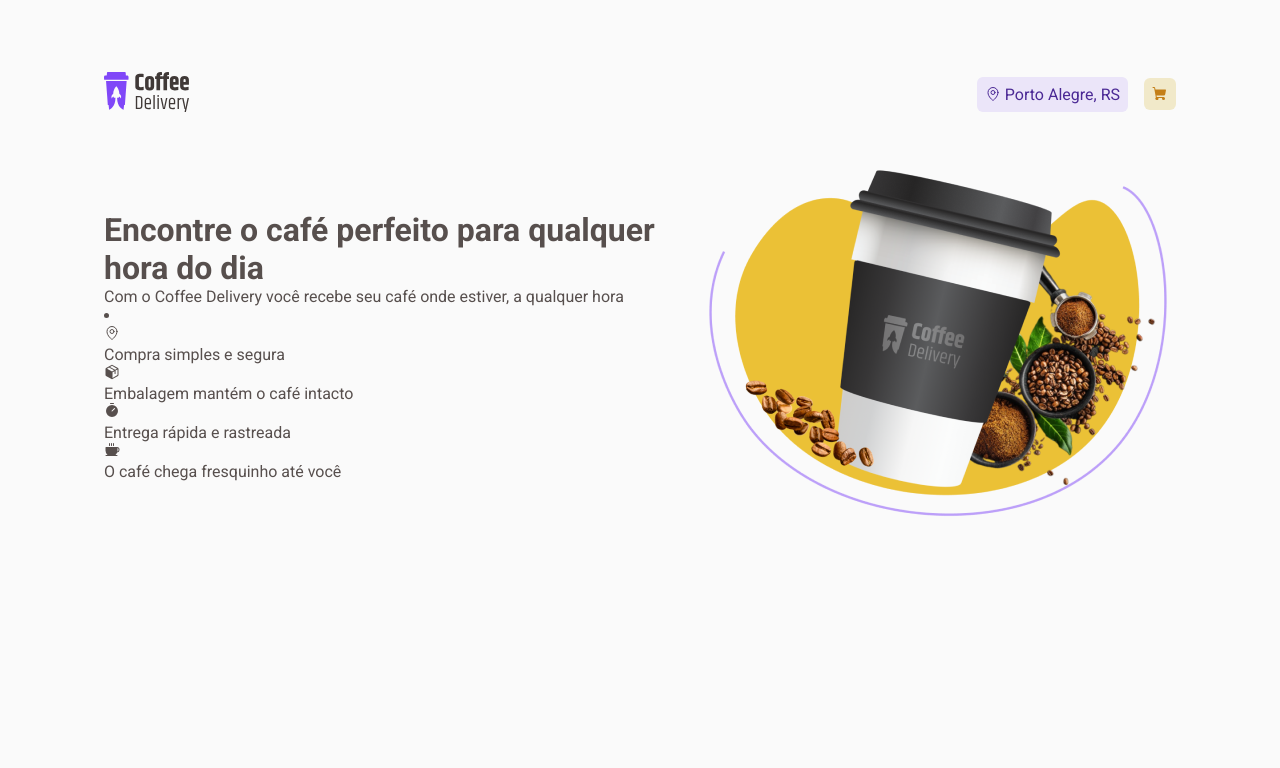
Repository: guilhermecardoso93/react-coffee-delivery
Page: /
The author's editor kept a copy of each file at every save. The page is drawn from the files as they stood at one save, then again after the next save.
The browser window is 1280 px wide. The pictures show the whole page.
The project was rebuilt for these pictures with package versions that can differ from the ones it lists, and the page was loaded fresh each time. Also part of the build but not shown: vite.config.ts.

Above is the page before, as saved 2022-07-17 16:49:37.

### index.html
<!DOCTYPE html>
<html lang="en">
  <head>
    <meta charset="UTF-8" />
    <link rel="icon" type="image/svg+xml" href="/src/assets/favicon.ico" />
    <link rel="preconnect" href="https://fonts.googleapis.com" />
    <link rel="preconnect" href="https://fonts.gstatic.com" crossorigin />
    <meta name="viewport" content="width=device-width, initial-scale=1.0" />
    <link
      href="https://fonts.googleapis.com/css2?family=Baloo+2:wght@700;800&family=Roboto:wght@400;500;700&display=swap"
      rel="stylesheet"
    />
    <title>Coffee Delivery - Rocketseat</title>
  </head>
  <body>
    <div id="root"></div>
    <script type="module" src="/src/main.tsx"></script>
  </body>
</html>

### src/App.tsx
import { ThemeProvider } from "styled-components";
import { defaultTheme } from "./styles/themes/default";
import { GlobalStyle } from "./styles/global";
import { Router } from "./Router";
import { BrowserRouter } from "react-router-dom";

export function App() {
  return (
    <ThemeProvider theme={defaultTheme}>
      <BrowserRouter>
        <Router />
        <GlobalStyle />
      </BrowserRouter>
    </ThemeProvider>
  );
}

### src/styles/themes/default.ts
export const defaultTheme = {
  white: "#FFFFFF",
  background: "#FAFAFA",
  "base-card": "#F3F2F2",
  "base-input": "#EDEDED",
  "base-button": "#E6E5E5",
  "base-hover": "#D7D5D5",
  "base-label": "#8D8686",
  "base-text": "#574F4D",
  "base-subtitle": "#403937",
  "base-title": "#272221",
  "base-error": "#f84747",
  "brand-purple-dark": "#4B2995",
  "brand-purple": "#8047F8",
  "brand-purple-light": "#EBE5F9",
  "brand-yellow-dark": "#C47F17",
  "brand-yellow": "#DBAC2C",
  "brand-yellow-light": "#F1E9C9"
};

### src/styles/global.ts
import { createGlobalStyle } from "styled-components";

export const GlobalStyle = createGlobalStyle`
   * {
    margin: 0;
    padding: 0;
    box-sizing: border-box;
   }


   body {
    background-color: ${(props) => props.theme["background"]};
    color: ${(props) => props.theme["base-text"]};
    -webkit-font-smoothing: antialiased;

   }

   body, input, text-area, button{
    font-family: 'Roboto', sans-serif;
    font-weight: 400;
    font-size: 1rem;
   }
 `;

### src/Router.tsx
import { Route, Routes } from "react-router-dom";
import { Home } from "./components/pages/components/Home";
import { DefaultLayout } from "./layouts/DefaultLayout";

export function Router() {
  return (
    <Routes>
      <Route path="/" element={<DefaultLayout />}>
        <Route path="/" element={<Home />} />
      </Route>
    </Routes>
  );
}

### src/components/pages/components/Home/index.tsx
import { Coffee, MapPin, Package, ShoppingCart, Timer } from "phosphor-react";
import CoffeHome from "../../../../assets/intro-img.png";
import { HomeContainer } from "./styles";

export function Home() {
  return (
    <HomeContainer>
      <div>
        <h1>Encontre o café perfeito para qualquer hora do dia</h1>
        <span>
          Com o Coffee Delivery você recebe seu café onde estiver, a qualquer
          hora
        </span>
        <li>
          <ul>
            <MapPin size={16} />
            <p>Compra simples e segura</p>
          </ul>
          <ul>
            <Package size={16} weight="fill" />
            <p>Embalagem mantém o café intacto</p>
          </ul>
          <ul>
            <Timer size={16} weight="fill" />
            <p>Entrega rápida e rastreada</p>
          </ul>
          <ul>
            <Coffee size={16} weight="fill" />
            <p>O café chega fresquinho até você</p>
          </ul>
        </li>
      </div>
      <div>
        <img src={CoffeHome} alt="" />
      </div>
    </HomeContainer>
  );
}

### src/components/pages/components/Home/styles.ts
import styled from "styled-components";

export const HomeContainer = styled.main`
  display: flex;
  align-items: center;
  justify-content: space-between;
  flex-direction: row;

`;

### src/components/Header/index.tsx
import { MapPin, ShoppingCart } from "phosphor-react";
import Logo from "../../assets/logo.svg";
import { HeaderContainer } from "./styles";

export function Header() {
  return (
    <HeaderContainer>
      <div>
        <img src={Logo} alt="" />
      </div>
      <div className="headerInfos">
        <div className="local">
          <MapPin size={16} />
          Porto Alegre, RS
        </div>
        <span className="headerCar">
          <ShoppingCart size={16} weight="fill" />
        </span>
      </div>
    </HeaderContainer>
  );
}

### src/layouts/DefaultLayout/styles.ts
import styled from "styled-components";

export const LayoutContainer = styled.div`
  max-width: 90vw;
  height: calc(100vh - 1rem);
  margin: 2rem auto;
  padding: 2.5rem;
  gap: 3rem;

  display: flex;
  flex-direction: column;
`;

### src/components/Header/styles.ts
import styled from "styled-components";

export const HeaderContainer = styled.header`
  display: flex;
  align-items: center;
  justify-content: space-between;

  nav {
    display: flex;
    gap: 0.5rem;
  }

  .headerInfos {
    display: flex;
    align-items: center;
    justify-content: center;
    gap: 1rem;
  }

  .local {
    display: flex;
    flex-direction: row;
    justify-content: center;
    align-items: center;
    padding: 8px;
    gap: 4px;
    border-radius: 6px;

    background-color: ${(props) => props.theme["brand-purple-light"]};
    color: ${(props) => props.theme["brand-purple-dark"]};
  }

  .headerCar {
    display: flex;
    flex-direction: row;
    justify-content: center;
    align-items: center;
    padding: 8px;
    gap: 4px;
    border-radius: 6px;

    background-color: ${(props) => props.theme["brand-yellow-light"]};
    color: ${(props) => props.theme["brand-yellow-dark"]};
  }
`;

Loaded but not shown: src/main.tsx (common file); src/layouts/DefaultLayout/index.tsx (common file)

After the next save:
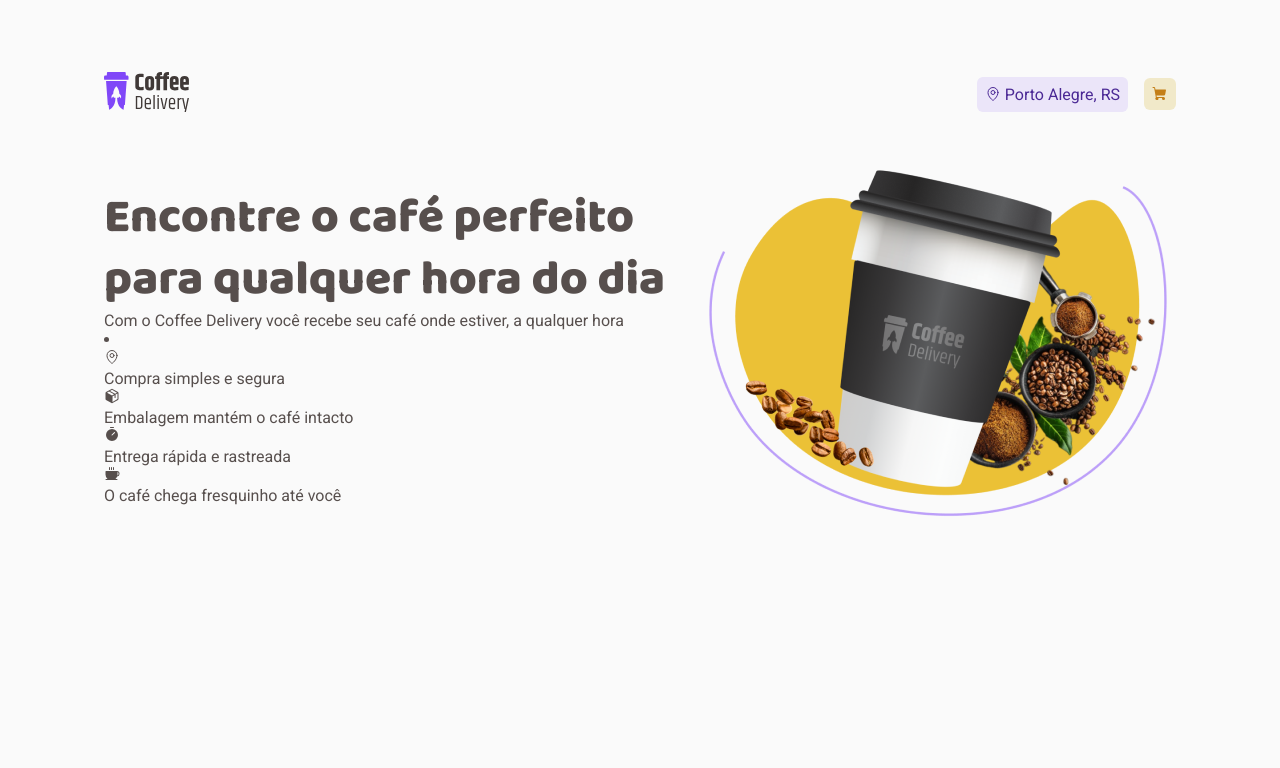
Saved 47 s later.
--- a/src/components/pages/components/Home/styles.ts
+++ b/src/components/pages/components/Home/styles.ts
@@ -6,4 +6,11 @@
   justify-content: space-between;
   flex-direction: row;
 
+  h1 {
+    font-family: 'Baloo 2';
+font-style: normal;
+font-weight: 800;
+font-size: 48px;
+line-height: 130%;
+  }
 `;
